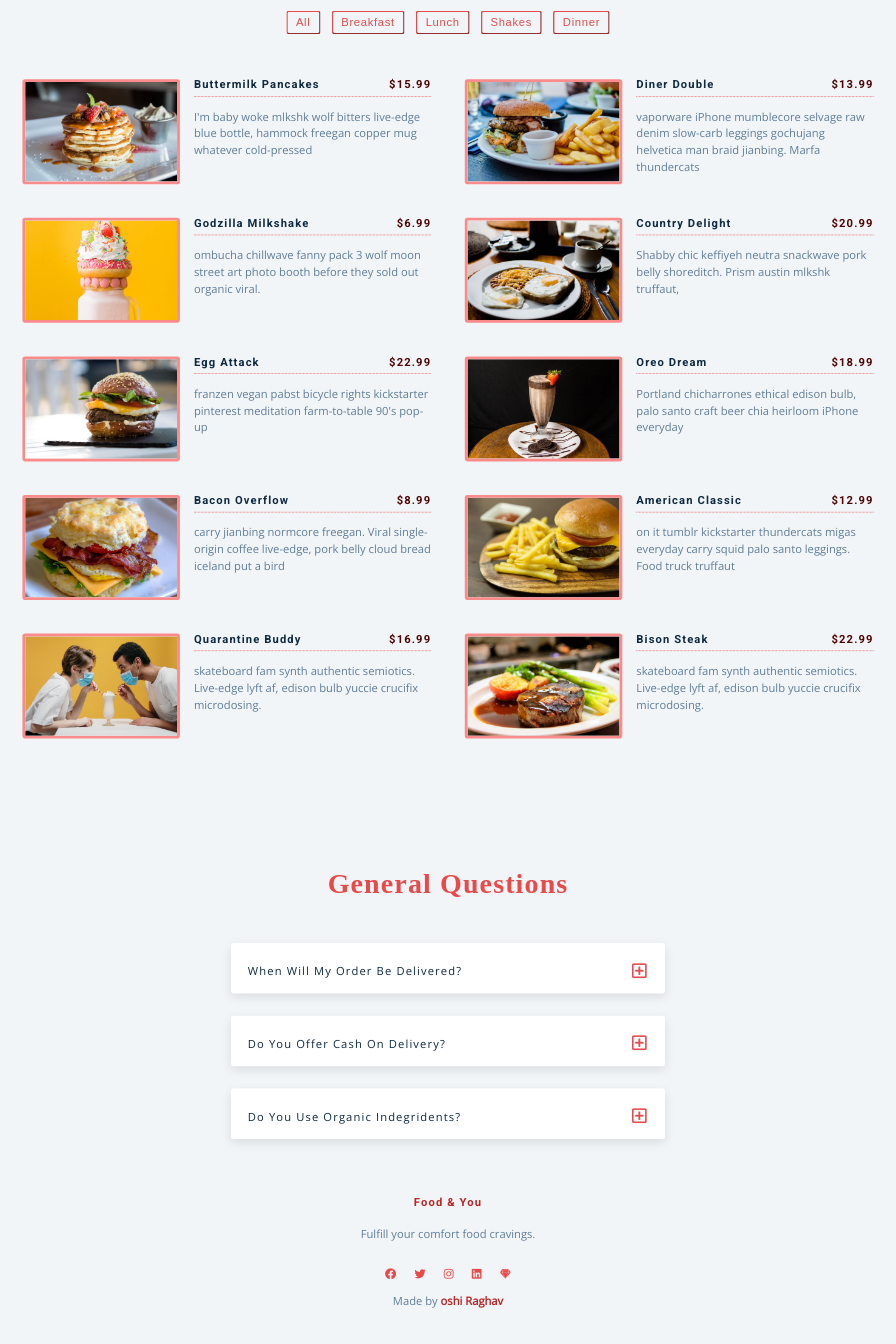
Repository: xoshiraghavx/Food-you
Page: index.html
The author's editor kept a copy of each file at every save. The page is drawn from the files as they stood at one save, then again after a run of saves.
The browser window is 1280 px wide. The pictures show the part of the page from y = 1013 to 2933 px (the page is 2933 px tall), at 70% of full size.
Some web libraries are served in a nearby version.

Above is the page before, as saved 2022-12-03 08:54:11.

After the next 3 saves:
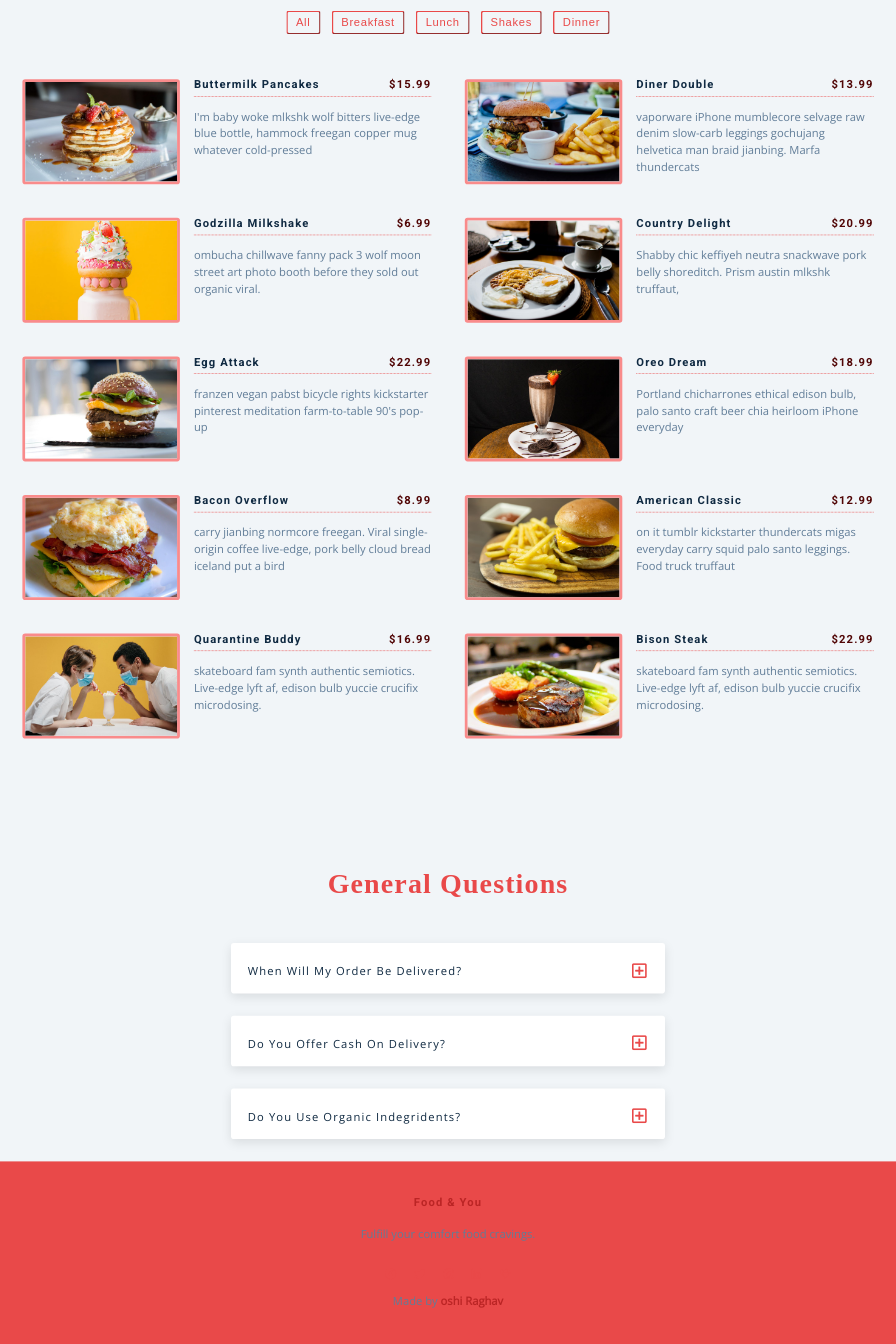
The 3 saves are shown as one change because they came seconds apart.
The last was saved 7 s later.
--- a/styles.css
+++ b/styles.css
@@ -519,7 +519,7 @@ Questions
   width: 100%;
   text-align: center;
   padding: 30px 0;
-  background: var(--clr);
+  background: var(--clr-primary-5);
 }
 .footer h4{
   margin-bottom: 25px;
